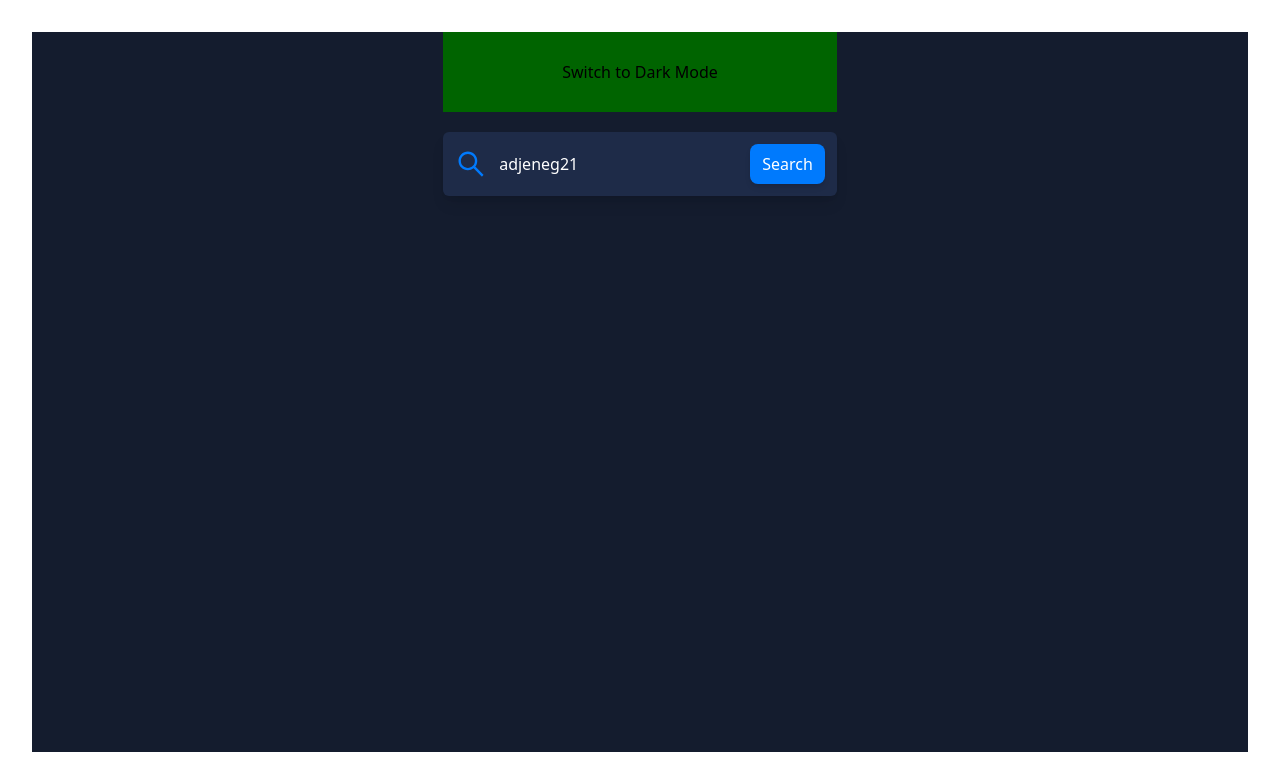
Repository: Gabriel221-dev/Git-Project
Page: /
An editor plug-in stored every save of this project. The page is shown before and after the next save, followed by the edit.
The browser window is 1280 px wide. The pictures show the whole page.
The page's requests for data from a server got no answer. The project was rebuilt for these pictures with package versions that can differ from the ones it lists, and the page was loaded fresh each time. No one was signed in, and anything a server would have sent is missing. Also part of the build but not shown: vite.config.js, src/components/Preview/Preview.jsx.

Above is the page before, as saved 2024-06-28 11:56:55.

### src/App.jsx
// import { useState } from "react";
// import "./App.css";
// import Search from "./components/Search/Search";
// import Preview from "./components/Preview/Preview";
// import DarkAndLightBtn from "./components/DarkAndLightBtn/DarkAndLightBtn";

// function App() {
//   const [data, setData] = useState({});
//   const [isLoading, setIsLoading] = useState(true);

//   return (
//     <div className="flex flex-col gap-5 h-screen w-full justify-center items-center bg-dark-bg">
//       <div>
//         <DarkAndLightBtn />
//         <Search setData={setData} setIsLoading={setIsLoading} />
//       </div>
//       <div>
//         <Preview
//           avatarUrl={data.avatar_url}
//           blog={data.blog}
//           email={data.email}
//           followers={data.followers}
//           following={data.following}
//           location={data.location}
//           login={data.login}
//           name={data.name}
//           public_repos={data.public_repos}
//           twitter={data.twitter}
//           isLoading={isLoading}
//           bio={data.bio}
//           joinedAt={data.created_at?.split("T")[0]}
//         />
//       </div>
//     </div>
//   );
// }

// export default App;

import { useState } from "react";
import "./App.css";
import Search from "./components/Search/Search";
import Preview from "./components/Preview/Preview";

function App() {
  const [data, setData] = useState(null);
  const [isLoading, setIsLoading] = useState(false);
  const [isDarkMode, setIsDarkMode] = useState(false);

  const toggleTheme = () => {
    setIsDarkMode((prevMode) => !prevMode);
  };

  return (
    <div className="flex flex-col gap-5 h-screen w-full justify-center items-center bg-dark-bg">
      <div
        className={`App ${
          isDarkMode ? "dark" : ""
        } min-h-screen flex flex-col items-center gap-5`}
      >
        <div
          className={`w-full p-5 ${
            isDarkMode
              ? "bg-dark-background text-dark-text"
              : "bg-light-green text-light-text"
          }`}
        >
          <button
            onClick={toggleTheme}
            className={`${
              isDarkMode
                ? "bg-dark-primary text-dark-text"
                : "bg-light-primary text-light-text"
            } p-2 rounded-md`}
          >
            Switch to {isDarkMode ? "Light" : "Dark"} Mode
          </button>
        </div>
        <Search setData={setData} setIsLoading={setIsLoading} />
        {data && (
          <Preview
            avatarUrl={data.avatar_url}
            name={data.name}
            login={data.login}
            public_repos={data.public_repos}
            followers={data.followers}
            following={data.following}
            location={data.location}
            blog={data.blog}
            twitter={data.twitter_username}
            email={data.email}
            isLoading={isLoading}
            bio={data.bio}
            joinedAt={new Date(data.created_at).toLocaleDateString()}
          />
        )}
      </div>
    </div>
  );
}

export default App;

### src/App.css
#root {
  max-width: 1280px;
  margin: 0 auto;
  padding: 2rem;
  text-align: center;
}

.logo {
  height: 6em;
  padding: 1.5em;
  will-change: filter;
  transition: filter 300ms;
}
.logo:hover {
  filter: drop-shadow(0 0 2em #646cffaa);
}
/* .logo.react:hover {
  filter: drop-shadow(0 0 2em #61dafbaa);
} */

@keyframes logo-spin {
  from {
    transform: rotate(0deg);
  }
  to {
    transform: rotate(360deg);
  }
}

@media (prefers-reduced-motion: no-preference) {
  a:nth-of-type(2) .logo {
    animation: logo-spin infinite 20s linear;
  }
}

.card {
  padding: 2em;
}

.read-the-docs {
  color: #888;
}

### src/components/Search/Search.jsx
import React, { useEffect, useState } from "react";

function Search({ setData, setIsLoading }) {
  const [userName, setUserName] = useState("adjeneg21");
  const [error, setError] = useState("");
  const handleClick = async () => {
    setIsLoading(true);
    setError("");
    const data = await fetch(`https://api.github.com/users/${userName}`);
    if (!data.ok) {
      if (data.status === 404) {
        throw new Error("user not found");
      } else {
        throw new Error("something went wrong. Please try again");
      }
    }
    const userData = await data.json();
    setData(userData);
    setError(error.message);
    setIsLoading(false);
    console.log(userData);
  };

  useEffect(() => {
    handleClick();
  }, []);
  return (
    <div className="flex bg-dark-gray p-3 gap-5 rounded-md shadow-lg ">
      <div className="flex items-center gap-3">
        <span>
          {" "}
          <svg
            className="text-dark-blue"
            viewBox="0 0 1024 1024"
            fill="currentColor"
            height="2em"
            width="2em"
          >
            <path d="M909.6 854.5L649.9 594.8C690.2 542.7 712 479 712 412c0-80.2-31.3-155.4-87.9-212.1-56.6-56.7-132-87.9-212.1-87.9s-155.5 31.3-212.1 87.9C143.2 256.5 112 331.8 112 412c0 80.1 31.3 155.5 87.9 212.1C256.5 680.8 331.8 712 412 712c67 0 130.6-21.8 182.7-62l259.7 259.6a8.2 8.2 0 0011.6 0l43.6-43.5a8.2 8.2 0 000-11.6zM570.4 570.4C528 612.7 471.8 636 412 636s-116-23.3-158.4-65.6C211.3 528 188 471.8 188 412s23.3-116.1 65.6-158.4C296 211.3 352.2 188 412 188s116.1 23.2 158.4 65.6S636 352.2 636 412s-23.3 116.1-65.6 158.4z" />
          </svg>
        </span>
        <input
          className="bg-transparent outline-none text-white"
          value={userName}
          onChange={(e) => setUserName(e.target.value)}
          type="text"
          placeholder="Search Github Username..."
        />
      </div>
      <div>
        <button
          onClick={handleClick}
          className="bg-dark-blue rounded-lg px-3 py-2 text-white shadow-md "
        >
          Search
        </button>
      </div>
    </div>
  );
}

export default Search;

### tailwind.config.js
/** @type {import('tailwindcss').Config} */
export default {
  content: [
    "./index.html",
    "./src/**/*.{js,ts,jsx,tsx}",
  ],
  theme: {
    extend: {
      colors:{
        "dark-bg":"#141c2e",
        "dark-gray":"#1e2b48",
        "dark-blue":"#007afd",
        "light-green" : "#006400",
      }
    },
  },
  plugins: [],
}

Loaded but not shown: index.html (common file); src/main.jsx (common file); src/index.css (common file)

After the next save:
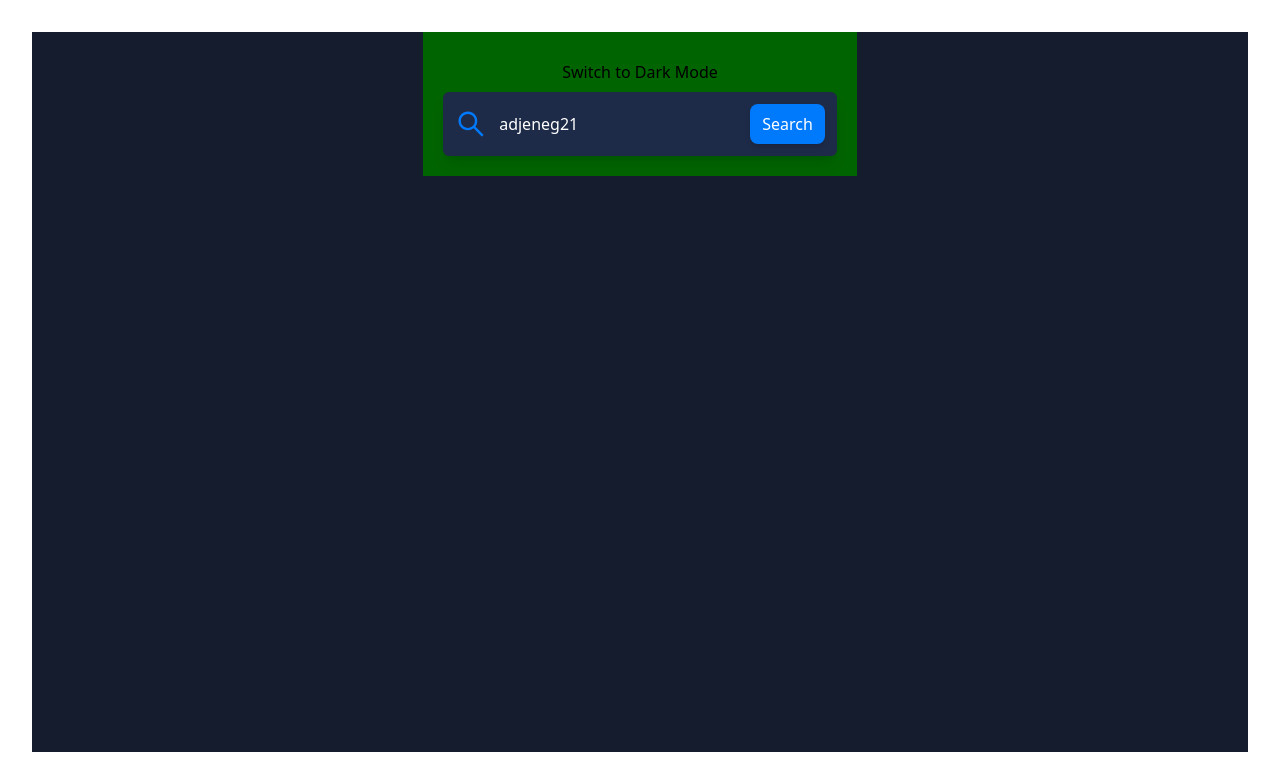
Saved 63 s later.
--- a/src/App.jsx
+++ b/src/App.jsx
@@ -75,25 +75,25 @@
           >
             Switch to {isDarkMode ? "Light" : "Dark"} Mode
           </button>
+          <Search setData={setData} setIsLoading={setIsLoading} />
+          {data && (
+            <Preview
+              avatarUrl={data.avatar_url}
+              name={data.name}
+              login={data.login}
+              public_repos={data.public_repos}
+              followers={data.followers}
+              following={data.following}
+              location={data.location}
+              blog={data.blog}
+              twitter={data.twitter_username}
+              email={data.email}
+              isLoading={isLoading}
+              bio={data.bio}
+              joinedAt={new Date(data.created_at).toLocaleDateString()}
+            />
+          )}
         </div>
-        <Search setData={setData} setIsLoading={setIsLoading} />
-        {data && (
-          <Preview
-            avatarUrl={data.avatar_url}
-            name={data.name}
-            login={data.login}
-            public_repos={data.public_repos}
-            followers={data.followers}
-            following={data.following}
-            location={data.location}
-            blog={data.blog}
-            twitter={data.twitter_username}
-            email={data.email}
-            isLoading={isLoading}
-            bio={data.bio}
-            joinedAt={new Date(data.created_at).toLocaleDateString()}
-          />
-        )}
       </div>
     </div>
   );

After the save that followed:
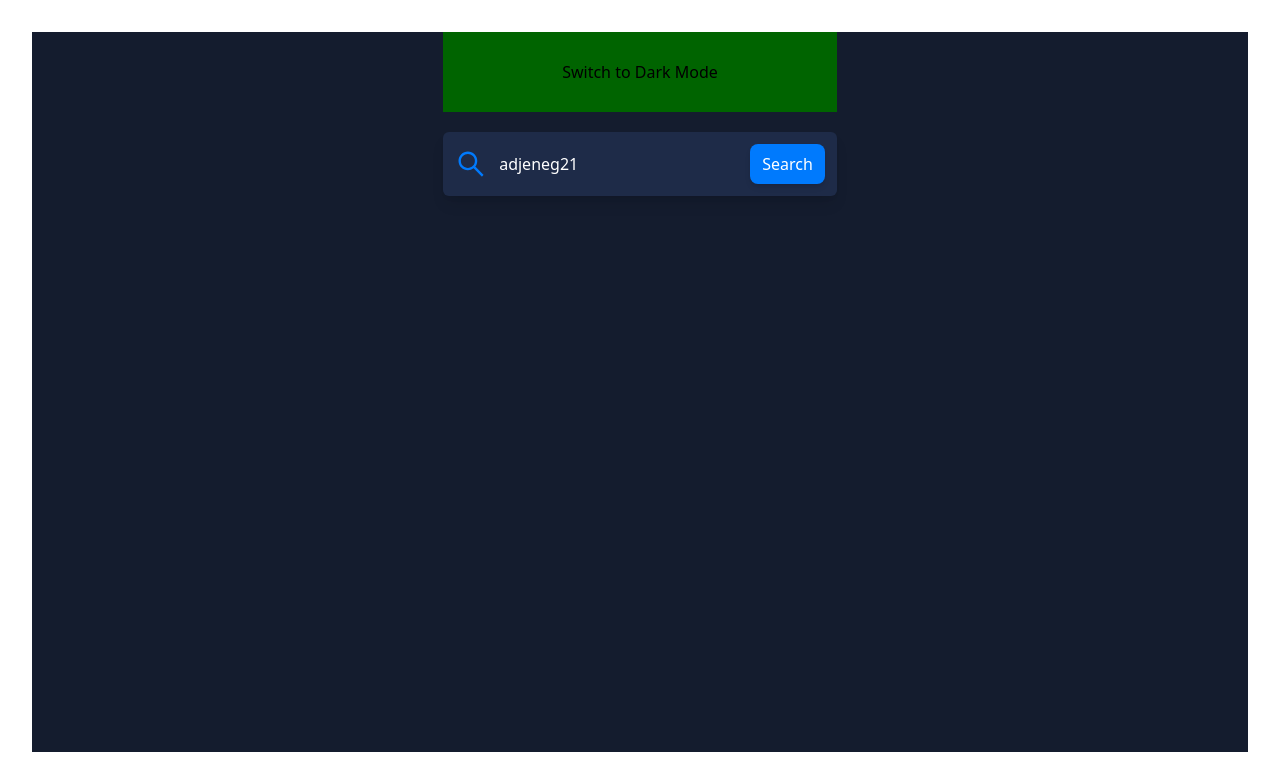
Saved 46 s later.
--- a/src/App.jsx
+++ b/src/App.jsx
@@ -75,25 +75,25 @@
           >
             Switch to {isDarkMode ? "Light" : "Dark"} Mode
           </button>
-          <Search setData={setData} setIsLoading={setIsLoading} />
-          {data && (
-            <Preview
-              avatarUrl={data.avatar_url}
-              name={data.name}
-              login={data.login}
-              public_repos={data.public_repos}
-              followers={data.followers}
-              following={data.following}
-              location={data.location}
-              blog={data.blog}
-              twitter={data.twitter_username}
-              email={data.email}
-              isLoading={isLoading}
-              bio={data.bio}
-              joinedAt={new Date(data.created_at).toLocaleDateString()}
-            />
-          )}
         </div>
+        <Search setData={setData} setIsLoading={setIsLoading} />
+        {data && (
+          <Preview
+            avatarUrl={data.avatar_url}
+            name={data.name}
+            login={data.login}
+            public_repos={data.public_repos}
+            followers={data.followers}
+            following={data.following}
+            location={data.location}
+            blog={data.blog}
+            twitter={data.twitter_username}
+            email={data.email}
+            isLoading={isLoading}
+            bio={data.bio}
+            joinedAt={new Date(data.created_at).toLocaleDateString()}
+          />
+        )}
       </div>
     </div>
   );
